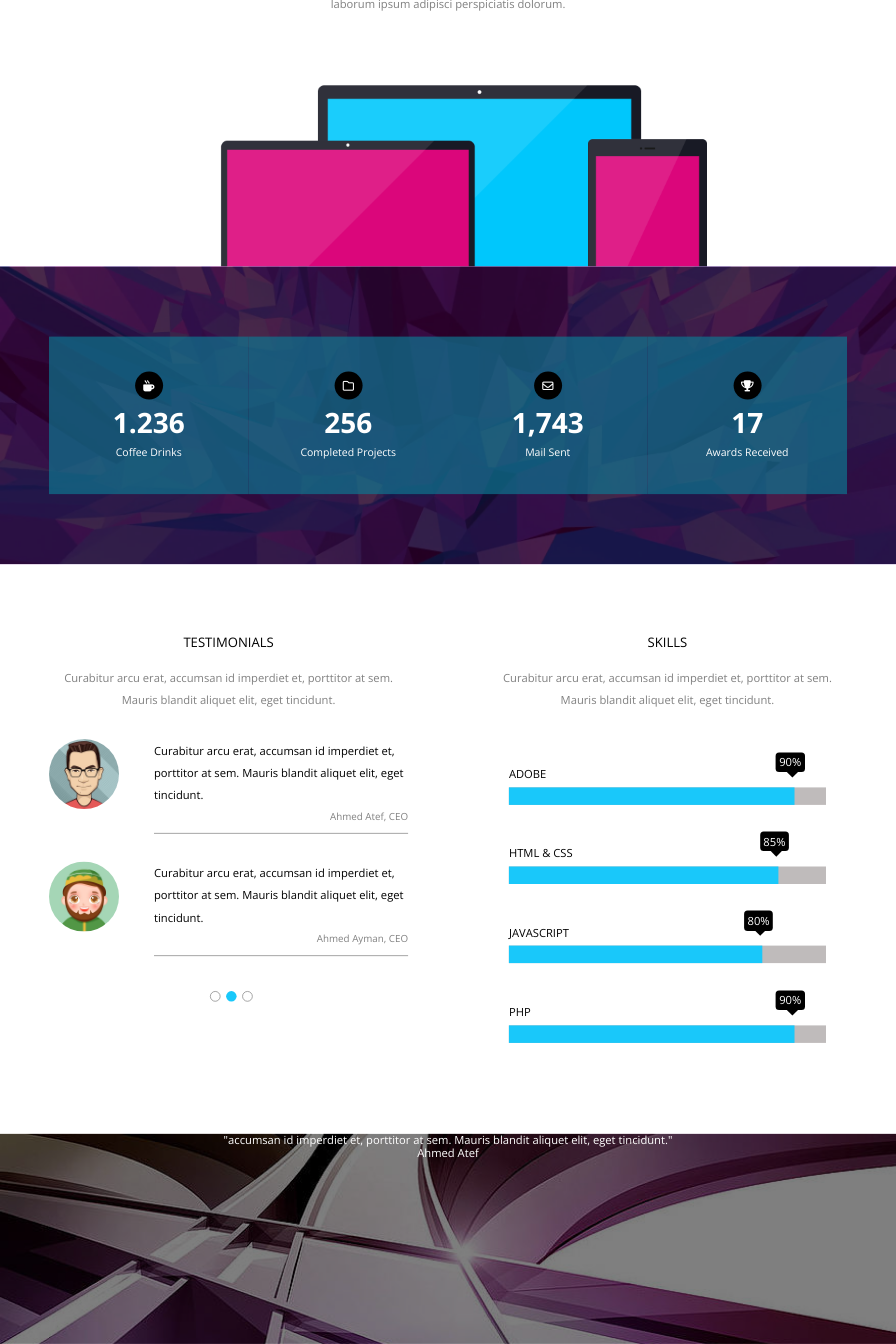
Repository: Ahmed123rezk123/Template_2
Page: index.html
An editor plug-in stored every save of this project. The page is shown before and after the next save, followed by the edit.
The browser window is 1280 px wide. The pictures show the part of the page from y = 4247 to 6167 px (the page is 6167 px tall), at 70% of full size.
A picture or video elsewhere on the page could not be fetched, so the positions and the page height are approximate. Some web fonts or font styles are not loaded; a fallback is used.

Above is the page before, as saved 2024-04-15 19:28:17.

After the next save:
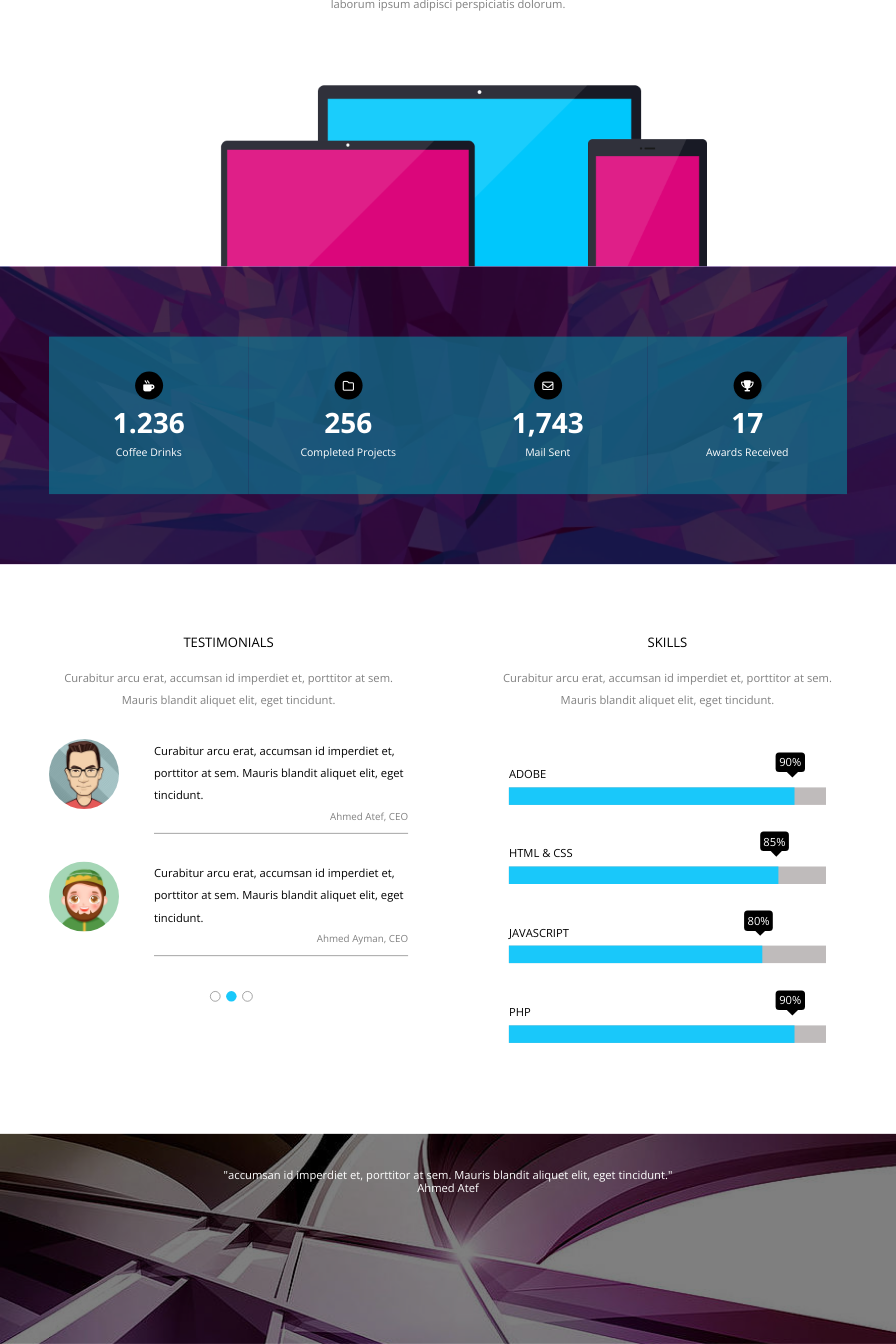
Saved 4 s later.
--- a/css/kasper.css
+++ b/css/kasper.css
@@ -808,6 +808,6 @@ height: 300px;
 .quote .container .content {
 text-align: center;
 color: white;
-margin: ;
+margin: 50px auto;
 }
 /* End Quote */
